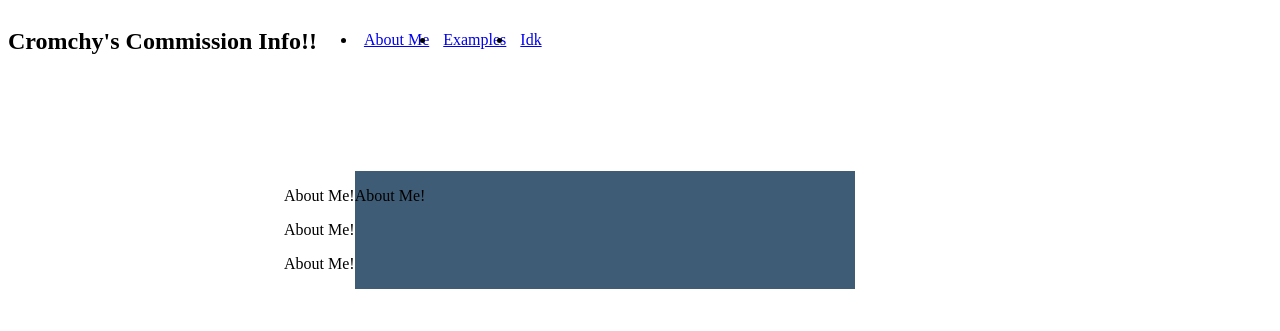
Repository: crackaLack1n/Cromchys_Commission_Site
Page: /
An editor plug-in stored every save of this project. The page is shown before and after the next save, followed by the edit.
The browser window is 1280 px wide. The pictures show the whole page.
The project was rebuilt for these pictures with package versions that can differ from the ones it lists, and the page was loaded fresh each time. The framework's server and built-in components were replaced by stand-ins that run in the browser. Also part of the build but not shown: next.config.mjs.

Above is the page before, as saved 2024-06-11 11:55:16.

### pages/index.js
import Head from "next/head";
import Header from "@/Components/Header";
import Image from "next/image";
import styles from "@/styles/Home.module.css";


export default function Home() {
  return (
    <>
      <Head>
        <title>Create Next App</title>
        <meta name="description" content="Generated by create next app" />
        <meta name="viewport" content="width=device-width, initial-scale=1" />
        <link rel="icon" href="/favicon.ico" />
      </Head>

      <Header/>
      <main className={`${styles.main}`}>
        <div className={styles.container}>
          <div className={styles.contentLeft}>
            <p>About Me!</p>
            <p>About Me!</p>
            <p>About Me!</p>
          </div>
          <div className={styles.contentRight}>
          <p>About Me!</p>
          </div>
        </div>
      </main>
    </>
  );
}

### Components/Header/index.js
import Link from "next/link"
import style from './header.module.css';
export default function Header() {
  return (
    <>
      <div className={style.main}>
        <h2>Cromchy's Commission Info!!</h2>
        <nav>
          <ul className={style.buttons}>
            <li><Link href={`/`}>About Me</Link></li>
            <li><Link href={`/Examples`}>Examples</Link></li>
            <li><Link href={`/Idk`}>Idk</Link></li>
          </ul>
        </nav>
      </div>
    </>
  )
}

### styles/Home.module.css
.main {
  display: flex;
  flex-direction: column;
  justify-content: space-between;
  align-items: center;
  padding: 6rem;
  min-height: 20vh;
}

.container {
 display: grid;
 grid-template-columns:  1fr 500px 2fr;
}

.contentLeft {

}

.contentRight {
  background-color: #3E5C76;
  width: 100%;
}

/* Mobile */
@media (max-width: 700px) {
  .content {
    padding: 4rem;
  }

  .grid {
    grid-template-columns: 1fr;
    margin-bottom: 120px;
    max-width: 320px;
    text-align: center;
  }

}

/* Tablet and Smaller Desktop */
@media (min-width: 701px) and (max-width: 1120px) {
  .grid {
    grid-template-columns: repeat(2, 50%);
  }
}

### Components/Header/header.module.css
.main {
  display: flex;
}

.buttons {
  display: flex;
}

.buttons li {
  padding: 7px;
}

Loaded but not shown: pages/_app.js (common file); pages/_document.js (common file); styles/globals.css (common file)

After the next save:
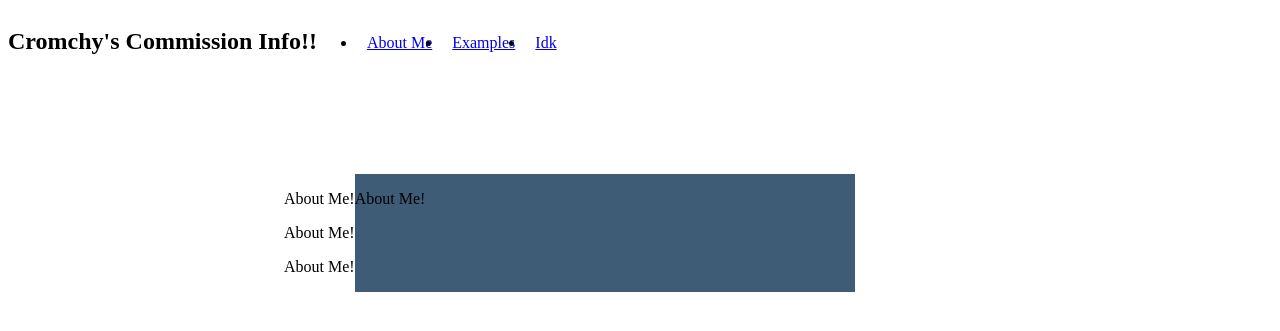
Saved 11 s later.
--- a/Components/Header/header.module.css
+++ b/Components/Header/header.module.css
@@ -7,5 +7,5 @@
 }
 
 .buttons li {
-  padding: 7px;
+  padding: 10px;
 }
